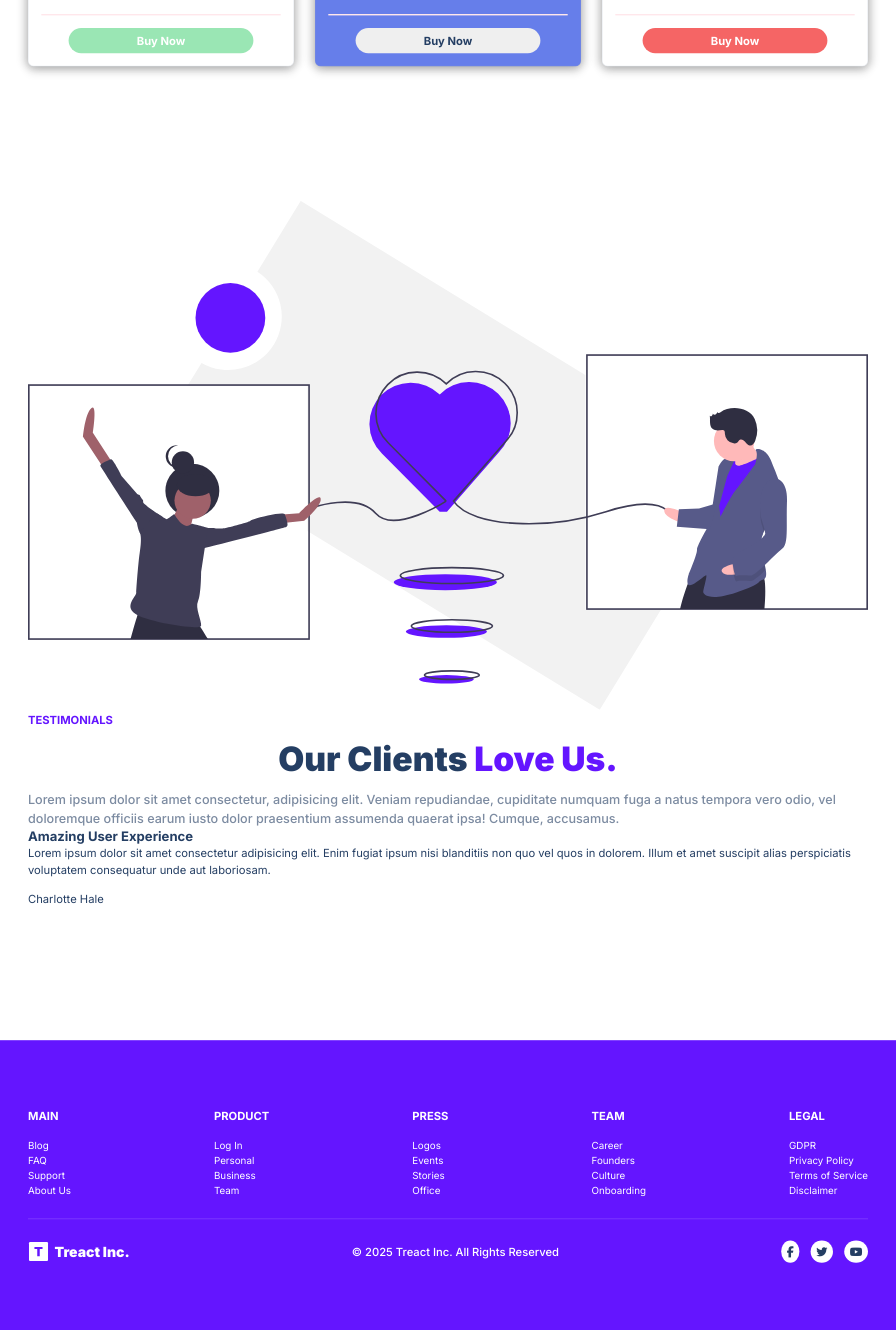
Repository: avivanguyen/m2_fianlProject
Page: index.html
An editor plug-in stored every save of this project. The page is shown before and after the next save, followed by the edit.
The browser window is 1280 px wide. The pictures show the part of the page from y = 4390 to 6310 px (the page is 6290 px tall before and 6310 px after), at 70% of full size.
Some web libraries are served in a nearby version.

Above is the page before, as saved 2025-12-11 11:24:29.

### index.html
<!DOCTYPE html>
<html lang="en">
<head>
    <meta charset="UTF-8">
    <meta name="viewport" content="width=device-width, initial-scale=1.0">
    <title>Styling Project</title>
    <link rel="stylesheet" href="styles.css">
    <script src="https://kit.fontawesome.com/2588cf0bac.js" crossorigin="anonymous"></script>
    <script src="index.js"></script>
</head>
<body>
    <section id="landing">
        <nav>
            <div class="row nav__row">
                <div class="nav__logo">
                    <img src="./assets/logo.2c489fc453a1783cbadacf914efa3df6.svg" alt="logo" class="nav__logo--img">
                    <div class="nav__logo--title">
                        Treact
                    </div>
                </div>
                <div class="nav__links">
                    <a href="" class="nav__link">About</a>
                    <a href="" class="nav__link">Blog</a>
                    <a href="" class="nav__link">Pricing</a>
                    <a href="" class="nav__link">Contact Us</a>
                    <a href="" class="nav__link login">Login</a>
                    <a href="" class="nav__link nav__link--primary">Sign Up</a>
                </div>
                <button class="btn__menu" onclick="openMenu()">
                    <i class="fa-solid fa-bars"></i>
                </button>
                <div class="menu__backdrop">
                    <button class="btn__menu btn__menu--close" onclick="closeMenu()">
                            <i class="fa-solid fa-x"></i>
                        </button>
                    <ul class="menu__links">
                        <li class="menu__list"><a href="" class="menu__link"></a>About</li>
                        <li class="menu__list"><a href="" class="menu__link"></a>Blog</li>
                        <li class="menu__list"><a href="" class="menu__link"></a>Pricing</li>
                        <li class="menu__list"><a href="" class="menu__link"></a>Contact Us</li>
                        <li class="menu__list"><a href="" class="menu__link"></a>Login</li>
                        <li class="menu__list nav__link--primary"><a href="" class="menu__link"></a>Sign Up</li>
                    </ul>
                </div>
            </div>
        </nav>

        <header class="container">
            <div class="row">
                <div class="header__description">
                    <h1>
                        Beautiful React Templates <span class="purple">for you.</span>
                    </h1>
                    <div class="header__description--para">
                        Our templates are easy to setup, understand and customize. Fully modular components with a variety of pages and components.
                    </div>
                    <div class="header__email">
                        <input type="text" class="header__email--input" placeholder="Your E-mail Address">
                        <button class="header__email--btn">Get Started</button>
                    </div>
                    <p class="header__customers--title">OUR TRUSTED CUSTOMERS</p>
                    <img src="./assets/customers-logo-strip.680ac7c2e8ae28161d2c.png" class="header__customers" alt="logos">
                </div>

                <figure class="header__img--wrapper">
                    <img src="./assets/design-illustration-2.6da6a00b20c07c4a9b65d1870679e1b8.svg" alt="hero image" class="header__img">
                </figure>
            </div>
        </header>
    </section>

    <main>
        <section id="features">
            <div class="container">
                <div class="row">
                    <h4 class="section__tag">FEATURES</h4>
                    <h2 class="section__title">
                        We Have Amazing <span class="purple">Service.</span>
                    </h2>
                    <div class="section__para">
                        Lorem ipsum dolor sit amet consectetur adipisicing elit. Maxime facilis assumenda architecto aliquam. Consequatur vero dolorum ut aspernatur quae beatae voluptates quam, nulla assumenda doloremque voluptatum laboriosam dolor unde rem.
                    </div>
                    <div class="features">
                        <div class="feature__row">
                            <figure class="feature__img--wrapper">
                                <img src="./assets/shield-icon.daefe14b320b14fbd9cbd18908ac93ec.svg" alt="" class="feature__img">
                            </figure>
                            <div class="feature__text">
                                <h2 class="feature__title">Secure</h2>
                                <p class="feature__para">
                                    Lorem ipsum dolor sit amet consectetur adipisicing elit. Ea veritatis delectus nihil maxime ipsam hic odio reprehenderit error.
                                </p>
                            </div>
                        </div>
                        <div class="feature__row">
                            <figure class="feature__img--wrapper">
                                <img src="./assets/support-icon.f9253ffa8cb6ffde5bbaa05eb5136375.svg" alt="" class="feature__img">
                            </figure>
                            <div class="feature__text">
                                <h2 class="feature__title">24/7 Support</h2>
                                <p class="feature__para">
                                    Lorem ipsum dolor sit amet consectetur adipisicing elit. Ea veritatis delectus nihil maxime ipsam hic odio reprehenderit error.
                                </p>
                            </div>
                        </div>
                        <div class="feature__row">
                            <figure class="feature__img--wrapper">
                                <img src="./assets/customize-icon.367468c90fd796009b97fbfba67b2c6a.svg" alt="" class="feature__img">
                            </figure>
                            <div class="feature__text">
                                <h2 class="feature__title">Customizable</h2>
                                <p class="feature__para">
                                    Lorem ipsum dolor sit amet consectetur adipisicing elit. Ea veritatis delectus nihil maxime ipsam hic odio reprehenderit error.
                                </p>
                            </div>
                        </div>
                        <div class="feature__row">
                            <figure class="feature__img--wrapper">
                                <img src="./assets/reliable-icon.1367510a8f0a1bec76dc425d25f92f43.svg" alt="" class="feature__img">
                            </figure>
                            <div class="feature__text">
                                <h2 class="feature__title">Reliable</h2>
                                <p class="feature__para">
                                    Lorem ipsum dolor sit amet consectetur adipisicing elit. Ea veritatis delectus nihil maxime ipsam hic odio reprehenderit error.
                                </p>
                            </div>
                        </div>
                        <div class="feature__row">
                            <figure class="feature__img--wrapper">
                                <img src="./assets/fast-icon.dbb971a73d4805d2fc3bcdacdb55beba.svg" alt="" class="feature__img">
                            </figure>
                            <div class="feature__text">
                                <h2 class="feature__title">Fast</h2>
                                <p class="feature__para">
                                    Lorem ipsum dolor sit amet consectetur adipisicing elit. Ea veritatis delectus nihil maxime ipsam hic odio reprehenderit error.
                                </p>
                            </div>
                        </div>
                        <div class="feature__row">
                            <figure class="feature__img--wrapper">
                                <img src="./assets/simple-icon.673b7e1750b2a4ef32907fc164828d00.svg" alt="" class="feature__img">
                            </figure>
                            <div class="feature__text">
                                <h2 class="feature__title">Easy</h2>
                                <p class="feature__para">
                                    Lorem ipsum dolor sit amet consectetur adipisicing elit. Ea veritatis delectus nihil maxime ipsam hic odio reprehenderit error.
                                </p>
                            </div>
                        </div>
                    </div>
                </div>
            </div>
        </section>

        <section id="quality">
            <div class="container">
                <div class="row">
                    <div class="quality__description">
                        <div class="section__tag">QUALITY WORK</div>
                        <h2 class="section__title">Designed & Developed by <span class="purple">Professionals.</span> </h2>
                        <p class="section__para">
                            Lorem ipsum dolor sit amet consectetur adipisicing elit. Quibusdam nihil dolorem temporibus accusantium nulla fuga natus! Eveniet assumenda, quia unde alias accusamus, placeat magni quasi, neque voluptas voluptatibus sint optio!
                        </p>
                        <button class="btn">Learn More</button>
                    </div>
                    <figure class="quality__img--wrapper">
                        <img src="./assets/hero-screenshot-1.40a097b525c2f8c9808e.png" class="quality__img" alt="">
                    </figure>
                </div>
            </div>
        </section>

        <section id="steps">
            <div class="container">
                <div class="row">
                    <figure class="steps__img--wrapper">
                        <img src="./assets/hero-screenshot-2.241aac1fbc66db29d873.png" class="steps__img" alt="">
                    </figure>
                    <div class="steps__description">
                        <div class="section__tag">STEPS</div>
                        <h2 class="section__title">Easy to <span class="purple">Get Started.</span> </h2>
                        <div class="steps__list">
                            <div class="step">
                                <div class="step__number">01</div>
                                <div class="step__description">
                                    <div class="step__title">Register</div>
                                    <div class="step__para">Create an account with us using Google or Facebook.</div>
                                </div>
                            </div>
                            <div class="step">
                                <div class="step__number">02</div>
                                <div class="step__description">
                                    <div class="step__title">Download</div>
                                    <div class="step__para">Browse and Download the template that you like from the marketplace.</div>
                                </div>
                            </div>
                            <div class="step">
                                <div class="step__number">03</div>
                                <div class="step__description">
                                    <div class="step__title">Run</div>
                                    <div class="step__para">Follow the instructions to setup and customize the template to your needs.</div>
                                </div>
                            </div>
                        </div>
                    </div>
                </div>
            </div>
        </section>

        <section id="values">
            <div class="container">
                <div class="row">
                    <div class="values__description">
                        <div class="section__tag">VALUES</div>
                        <h2 class="section__title">
                            We Always Abide by Our <span class="purple">Principles.</span>
                        </h2>
                        <div class="section__para">
                            Lorem ipsum, dolor sit amet consectetur adipisicing elit. Dicta quasi aspernatur voluptatem aliquid maxime totam voluptas odit, magni aperiam qui distinctio corporis eveniet, laborum a vero fuga. Impedit, quibusdam officiis?
                        </div>
                        <div class="values__list">
                            <div class="value">
                                <div class="value__title">
                                    <figure class="value__img--wrapper1">
                                        <i class="fa-solid fa-dollar-sign"></i>
                                    </figure>
                                    <div class="value__name">Affordable</div>
                                </div>
                                <div class="value__para">We promise to offer you the best rare we can - at par with the industry standard.</div>
                            </div>
                            <div class="value">
                                <div class="value__title">
                                    <figure class="value__img--wrapper2">
                                        <i class="fa-solid fa-suitcase"></i>
                                    </figure>
                                    <div class="value__name">Professionalism</div>
                                </div>
                                <div class="value__para">We assure you that our templates are designed and created by professional designers.</div>
                            </div>
                        </div>
                        <button class="btn">Learn More</button>
                    </div>
                    <img src="./assets/prototype-illustration.21bc4b3f612a2f257c3d361067582485.svg" class="values__img" alt="">
                </div>
            </div>
        </section>

        <section id="pricing">
            <div class="container">
                <div class="row">
                    <div class="section__tag">Pricing</div>
                    <h2 class="section__title">Reasonable & Flexible <span class="purple">Plans.</span></h2>
                    <div class="section__para">
                        Lorem ipsum dolor sit amet consectetur adipisicing elit. Et minus, quia libero eos ab velit placeat inventore ipsam explicabo. Sint quidem tenetur amet officiis harum animi iste quo delectus itaque?
                    </div>
                    <div class="plans">
                        <div class="plan">
                            <div class="plan__stripe"></div>
                            <div class="plan__top">
                                <div class="plan__name">PERSONAL</div>
                                <div class="plan__price">$17.99</div>
                                <div class="plan__duration">MONTHLY</div>
                            </div>
                            <div class="plan__middle">
                                <div class="plan__target">For Individuals</div>
                                <p class="plan__feature">30 Templates</p>
                                <p class="plan__feature">7 Landing Pages</p>
                                <p class="plan__feature">12 Internal Pages</p>
                                <p class="plan__feature">Basic Assistance</p>
                            </div>
                            <div class="plan__bottom">
                                <button class="plan__button">Buy Now</button>
                            </div>
                        </div>
                        <div class="plan">
                            <div class="plan__stripe"></div>
                            <div class="plan__top">
                                <div class="plan__name">BUSINESS</div>
                                <div class="plan__price">$37.99</div>
                                <div class="plan__duration">MONTHLY</div>
                            </div>
                            <div class="plan__middle">
                                <div class="plan__target">For Small Businesses</div>
                                <p class="plan__feature">60 Templates</p>
                                <p class="plan__feature">15 Landing Pages</p>
                                <p class="plan__feature">22 Internal Pages</p>
                                <p class="plan__feature">Priority Assistance</p>
                            </div>
                            <div class="plan__bottom">
                                <button class="plan__button">Buy Now</button>
                            </div>
                        </div>
                        <div class="plan">
                            <div class="plan__stripe"></div>
                            <div class="plan__top">
                                <div class="plan__name">ENTERPRISE</div>
                                <div class="plan__price">$57.99</div>
                                <div class="plan__duration">MONTHLY</div>
                            </div>
                            <div class="plan__middle">
                                <div class="plan__target">For Large Companies</div>
                                <p class="plan__feature">90 Templates</p>
                                <p class="plan__feature">27 Landing Pages</p>
                                <p class="plan__feature">37 Internal Pages</p>
                                <p class="plan__feature">Personal Assistance</p>
                            </div>
                            <div class="plan__bottom">
                                <button class="plan__button">Buy Now</button>
                            </div>
                        </div>
                    </div>
                </div>
            </div>
        </section>

        <section id="testimonials">
            <div class="container">
                <div class="row">
                    <figure>
                        <img src="./assets/love-illustration.c759090fa833369ad6ffb6eb19cacb3e.svg" class="testimonials__img" alt="">
                    </figure>
                    <div class="testimonials__description">
                        <div class="section__tag">TESTIMONIALS</div>
                        <div class="section__title">Our Clients <span class="purple">Love Us.</span></div>
                        <div class="section__para">Lorem ipsum dolor sit amet consectetur, adipisicing elit. Veniam repudiandae, cupiditate numquam fuga a natus tempora vero odio, vel doloremque officiis earum iusto dolor praesentium assumenda quaerat ipsa! Cumque, accusamus.</div>
                        <div class="testimonial">
                            <div class="testimonial__rating"></div>
                            <h3 class="testimonial__title">Amazing User Experience</h3>
                            <p class="testimonail__para">Lorem ipsum dolor sit amet consectetur adipisicing elit. Enim fugiat ipsum nisi blanditiis non quo vel quos in dolorem. Illum et amet suscipit alias perspiciatis voluptatem consequatur unde aut laboriosam.</p>
                            <div class="testimonial__bottom">
                               <div class="testimonial__profile">
                                    <img src="" class="testimonial__img" alt="">
                                    <div class="testimonial__details">
                                        <div class="testimonial__name">Charlotte Hale</div>
                                        <div class="testimonial__role"></div>
                                    </div>
                               </div>
                            </div>
                        </div>
                    </div>
                </div>
            </div>
        </section>
    </main>

    <footer>
        <div class="row footer__row">
            <div class="footer__columns">
                <div class="footer__column">
                    <div class="footer__column--title">MAIN</div>
                    <a href="" class="footer__column--link">Blog</a>
                    <a href="" class="footer__column--link">FAQ</a>
                    <a href="" class="footer__column--link">Support</a>
                    <a href="" class="footer__column--link">About Us</a>
                </div>
                <div class="footer__column">
                    <div class="footer__column--title">PRODUCT</div>
                    <a href="" class="footer__column--link">Log In</a>
                    <a href="" class="footer__column--link">Personal</a>
                    <a href="" class="footer__column--link">Business</a>
                    <a href="" class="footer__column--link">Team</a>
                </div>
                <div class="footer__column">
                    <div class="footer__column--title">PRESS</div>
                    <a href="" class="footer__column--link">Logos</a>
                    <a href="" class="footer__column--link">Events</a>
                    <a href="" class="footer__column--link">Stories</a>
                    <a href="" class="footer__column--link">Office</a>
                </div>
                <div class="footer__column">
                    <div class="footer__column--title">TEAM</div>
                    <a href="" class="footer__column--link">Career</a>
                    <a href="" class="footer__column--link">Founders</a>
                    <a href="" class="footer__column--link">Culture</a>
                    <a href="" class="footer__column--link">Onboarding</a>
                </div>
                <div class="footer__column">
                    <div class="footer__column--title">LEGAL</div>
                    <a href="" class="footer__column--link">GDPR</a>
                    <a href="" class="footer__column--link">Privacy Policy</a>
                    <a href="" class="footer__column--link">Terms of Service</a>
                    <a href="" class="footer__column--link">Disclaimer</a>
                </div>
            </div>
            <div class="footer__divider"></div>
            <div class="footer__bottom">
                <a href="#" class="footer__logo">
                    <img src="./assets/logo-light.d9a5d1b5be5ea077b26864fdfc2e96a4.svg" class="footer__logo--img" alt="">
                    <h5 class="footer__logo--text">Treact Inc.</h5>
                </a>
                <div class="footer__copyright">© 2025 Treact Inc. All Rights Reserved</div>
                <div class="footer__socials">
                    <a href="" class="footer__social--link" alt="Facebook icon"><i class="fa-brands fa-facebook-f"></i></a>
                    <a href="" class="footer__social--link" alt="Twitter icon"><i class="fa-brands fa-twitter"></i></a>
                    <a href="" class="footer__social--link" alt="Youtube icon"><i class="fa-brands fa-youtube"></i></a>
                </div>
            </div>
        </div>
    </footer>
</body>
</html>

Loaded but not shown: index.js (7 lines, source omitted); styles.css (1151 lines, source omitted)

After the next save:
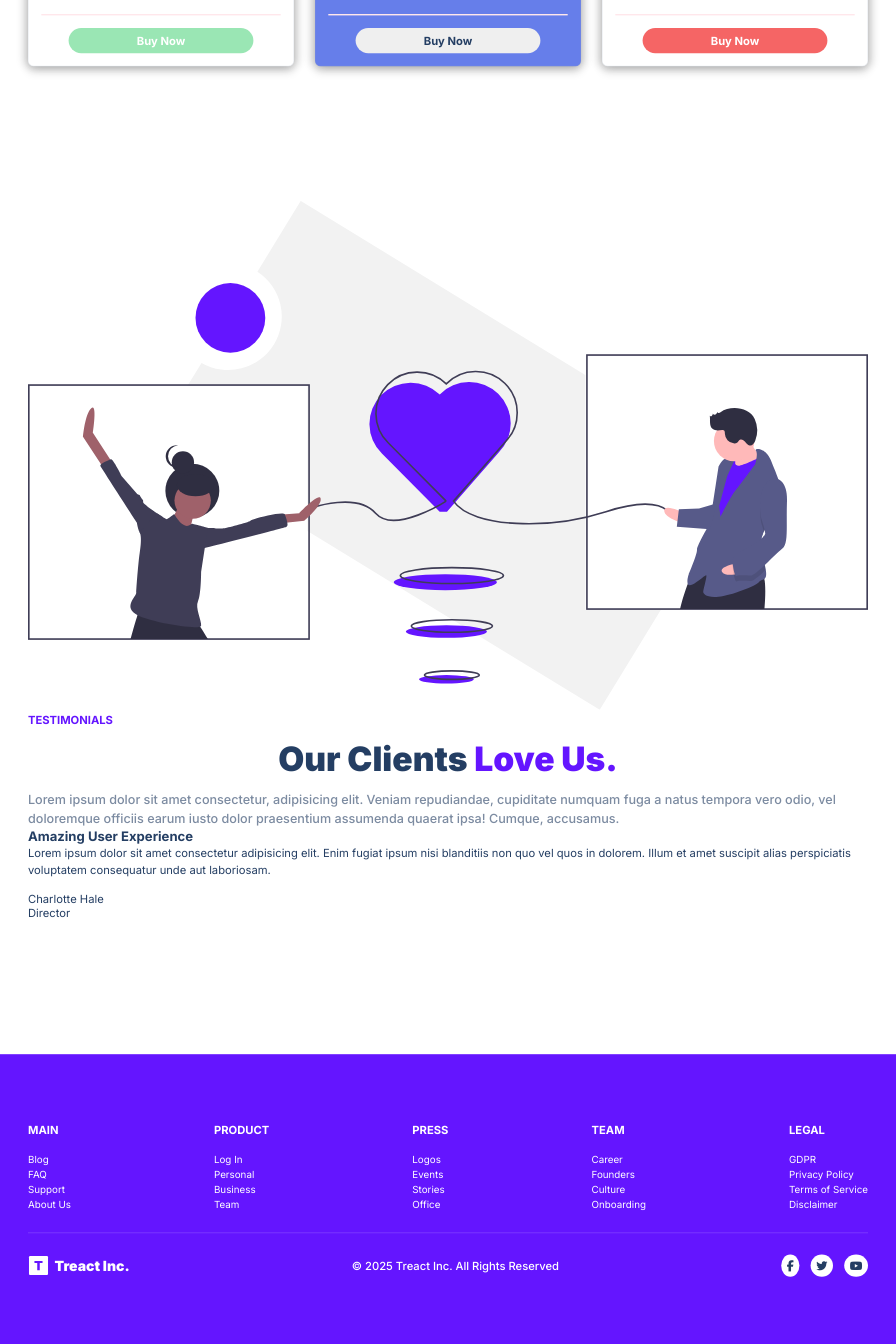
Saved 5 s later.
--- a/index.html
+++ b/index.html
@@ -332,7 +332,7 @@
                                     <img src="" class="testimonial__img" alt="">
                                     <div class="testimonial__details">
                                         <div class="testimonial__name">Charlotte Hale</div>
-                                        <div class="testimonial__role"></div>
+                                        <div class="testimonial__role">Director</div>
                                     </div>
                                </div>
                             </div>
